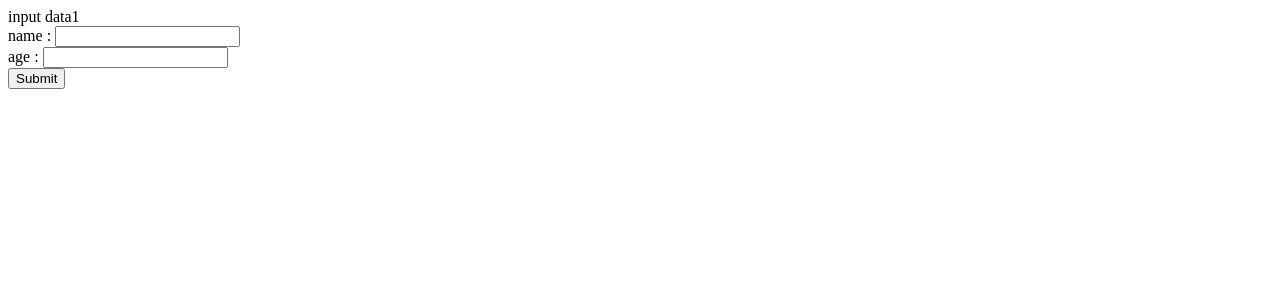
Repository: offbr/Spring
Page: http://localhost/spring_mvc17_xml/member
An editor plug-in stored every save of this project. The page is shown before and after the next save, followed by the edit.
The browser window is 1280 px wide. The pictures show the whole page.
The page is served by Tomcat 9. Other server files are loaded and not shown.

Above is the page before, as saved 2016-10-13 07:28:44.

### spring_mvc17_xml/src/main/webapp/WEB-INF/view/myform.jsp
<%@ page language="java" contentType="text/html; charset=UTF-8"
    pageEncoding="UTF-8"%>
<!DOCTYPE html>
<html>
<head>
<meta http-equiv="Content-Type" content="text/html; charset=UTF-8">
<title>Insert title here</title>
</head>
<body>
input data1 <br>
<form action="member" method="post">
name : <input type="text" name="name"><br>
age : <input type="text" name="age"><br>
<input type="submit">
</form>
</body>
</html>

After the next save:
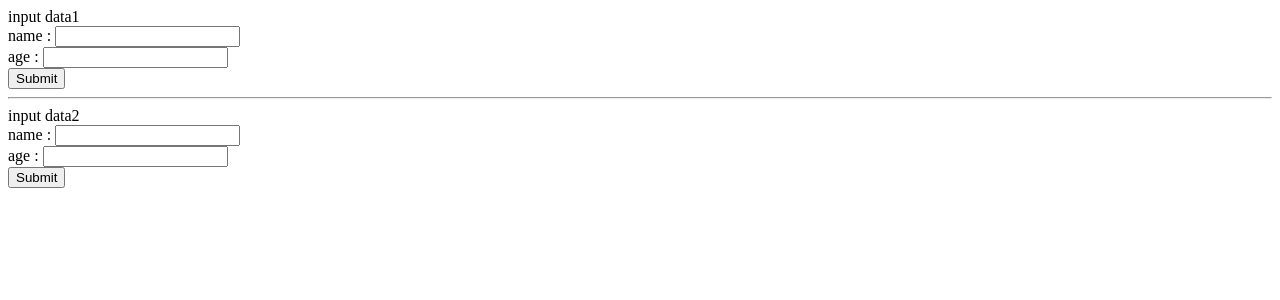
Saved 14 s later.
--- a/spring_mvc17_xml/src/main/webapp/WEB-INF/view/myform.jsp
+++ b/spring_mvc17_xml/src/main/webapp/WEB-INF/view/myform.jsp
@@ -13,5 +13,12 @@
 age : <input type="text" name="age"><br>
 <input type="submit">
 </form>
+<hr>
+input data2 <br>
+<form action="member" method="post">
+name : <input type="text" name="name"><br>
+age : <input type="text" name="age"><br>
+<input type="submit">
+</form>
 </body>
 </html>
